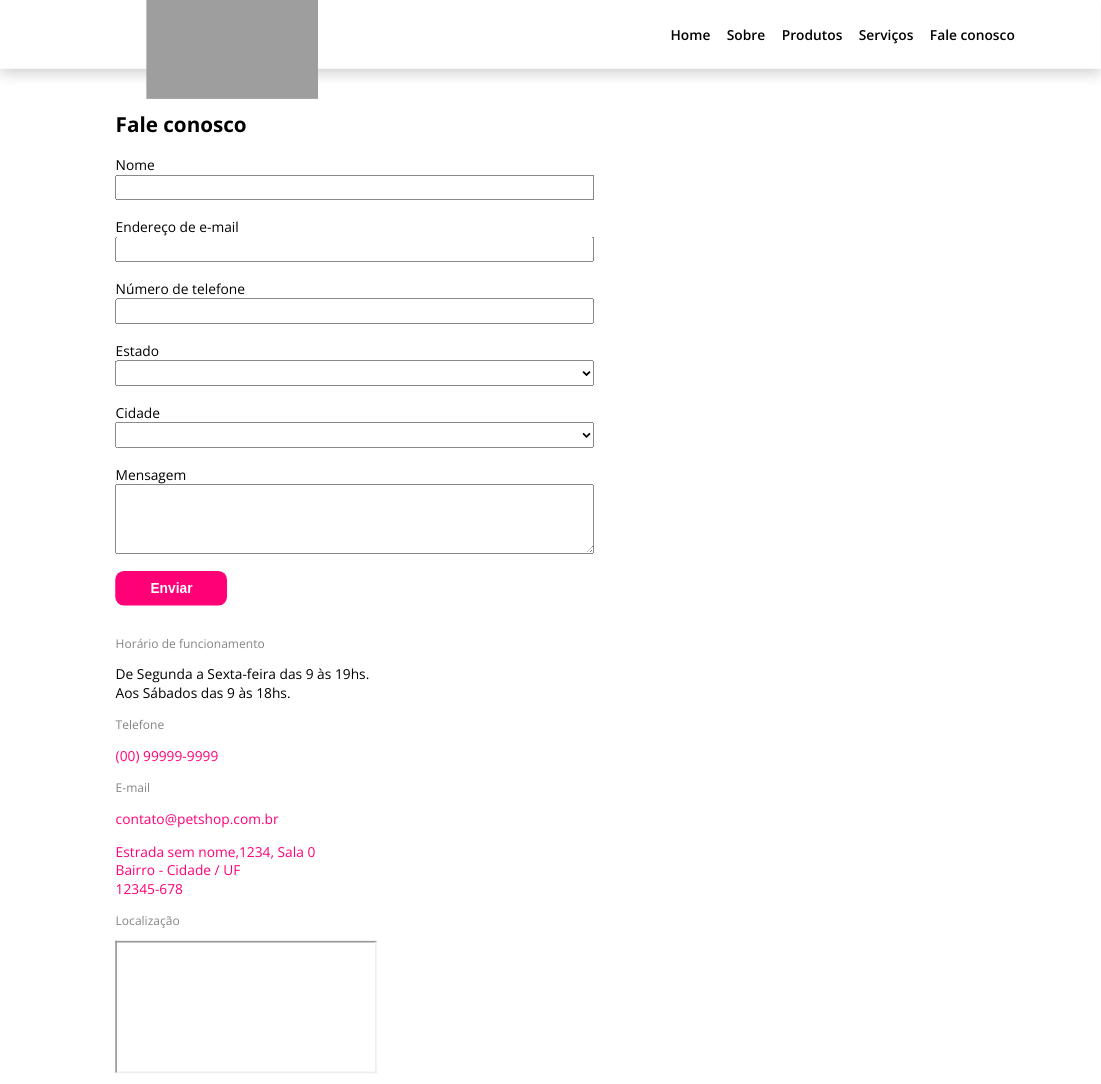
Repository: Iluiscarlos/Projeto-Site-PetShop
Page: Contacts.html
These files come from the project's save history. The page is drawn as it stood at one moment and after the next save; the edit follows.
The browser window is 1280 px wide. The pictures show the whole page, at 86% of full size.
Pictures or frames that could not be fetched are drawn as grey boxes. Some web libraries are served in a nearby version.

Above is the page before, as saved 2022-04-26 23:46:10.

After the next save:
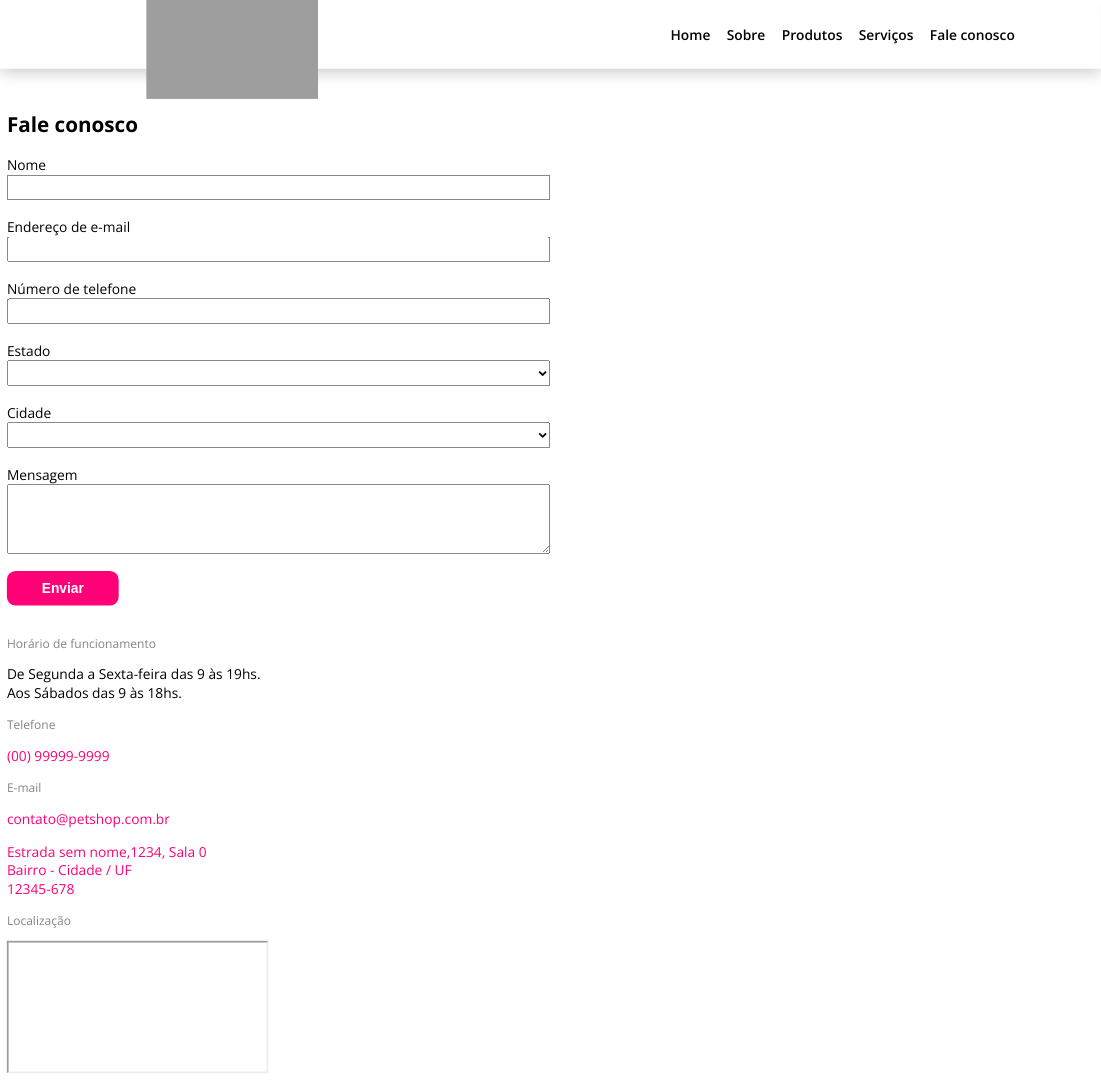
Saved 31 s later.
--- a/Contacts.html
+++ b/Contacts.html
@@ -78,7 +78,7 @@
     }
 
     .container {
-      width: 80%;
+      width: 100%;
       max-width: 100%;
       margin-left: auto;
       margin-right: auto;
@@ -86,7 +86,7 @@
     }
 
     .form-item {
-      width: 55%;
+      width: 50%;
       min-height: 30px;
       margin-bottom: 20px;
       box-sizing: border-box;
@@ -113,8 +113,6 @@
     .info{
         margin-left: 60%;
         margin-top: -57%;
-        display: inline-block;
-        float: left;
     }
 
     .title-info{
